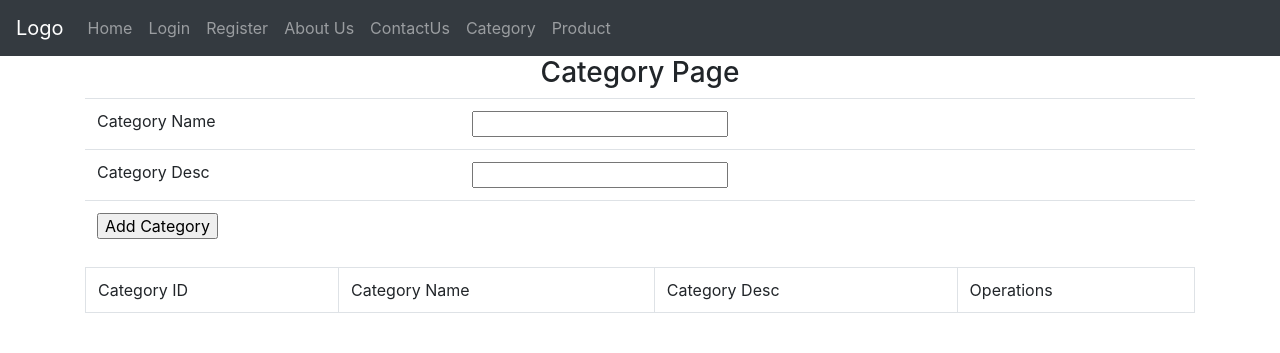
Repository: ramizkhan037/Java-Project
Page: http://localhost/Frontend/WEB-INF/views/Category.jsp
An editor plug-in stored every save of this project. The page is shown before and after the next save, followed by the edit.
The browser window is 1280 px wide. The pictures show the whole page.
The page is served by Tomcat 9. Nobody is signed in. Other server files are loaded and not shown. The template is opened directly, without the code that normally fills it, so the values that code supplies are empty.

Above is the page before, as saved 2018-12-03 07:37:42.

### Frontend/src/main/webapp/WEB-INF/views/Category.jsp
<%@include file="Header.jsp" %>

<%@taglib uri="http://java.sun.com/jsp/jstl/core" prefix="c" %>

<div class="container">
<h3 align="center">Category Page</h3>

<form action="<c:url value="/addCategory"/>" method="post" >

<table align="center"  class="table table=bordered">
	<tr>
		<td>Category Name </td>
		<td><input type="text" id="categoryName" name="categoryName"value="${category.categoryName}"/></td>
	</tr>
	<tr>
		<td>Category Desc </td>
		<td><input type="text" id="categoryDesc" name="categoryDesc"value="${category.categoryDesc}"/></td>
	</tr>
	<tr>
		<td colspan="2"><input type="submit" value="Add Category"/></td>
	</tr>
</table>
</form>


<table align="center" align="center" class="table table-bordered">
	<tr>
		<td>Category ID</td>
		<td>Category Name</td>
		<td>Category Desc</td>
		<td>Operations</td>
	</tr>
	<c:forEach items="${listCategories}" var="category">
	<tr>
		<td>${category.categoryId}</td>
		<td>${category.categoryName}</td>
		<td>${category.categoryDesc}</td>
		<td>
			<a class="btn  btn-success" href="<c:url value="/editCategory/${category.categoryId}"/>">Edit</a>
			<a class="btn  btn-danger" href="<c:url value="/deleteCategory/${category.categoryId}"/>">Delete</a>
		</td>
	</tr>
	</c:forEach>
</table>
</div>

</body>
</html>

### Frontend/src/main/webapp/WEB-INF/views/Header.jsp
<%@ page language="java" contentType="text/html"%>


<head>
<title> Amazon Navbar Example</title>
<meta name="viewport" content="width=device-width, initial-scale=1">
  <link rel="stylesheet" href="https://maxcdn.bootstrapcdn.com/bootstrap/4.1.3/css/bootstrap.min.css">
  <script src="https://ajax.googleapis.com/ajax/libs/jquery/3.3.1/jquery.min.js"></script>
  <script src="https://cdnjs.cloudflare.com/ajax/libs/popper.js/1.14.3/umd/popper.min.js"></script>
  <script src="https://maxcdn.bootstrapcdn.com/bootstrap/4.1.3/js/bootstrap.min.js"></script>

</head>
<body>

<nav class="navbar navbar-expand-sm bg-dark navbar-dark">
  <!-- Brand/logo -->
  <a class="navbar-brand" href="#">Logo</a>

 <!-- Toggler/collapsibe Button -->
  <button class="navbar-toggler" type="button" data-toggle="collapse" data-target="#collapsibleNavbar">
    <span class="navbar-toggler-icon"></span>
  </button>

  <div class="collapse navbar-collapse" id="collapsibleNavbar">
  <!-- Links -->
  <ul class="navbar-nav">
    <li class="nav-item">

      <a class="nav-link" href="#">
	<font color="white"><span class="glyphicon glyphicon-home"></span></font>Home</a>
    </li>
    <li class="nav-item">
      <a class="nav-link" href="login">Login</a>
    </li>
    <li class="nav-item">
      <a class="nav-link" href="register">Register</a>
    </li>
    <li class="nav-item">
      <a class="nav-link" href="aboutus">About Us</a>
    </li>
    <li class="nav-item">
      <a class="nav-link" href="contactus">ContactUs</a>
    </li>
    <li class="nav-item">
      <a class="nav-link" href="category">Category</a>
    </li>
     <li class="nav-item">
      <a class="nav-link" href="product">Product</a>
    </li>
  </ul>
  </div>

</nav>

After the next save:
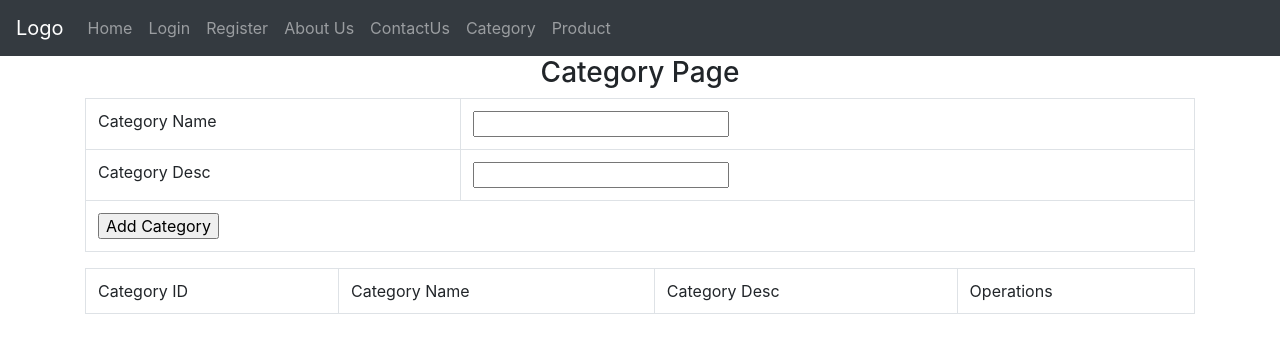
Saved 108 s later.
--- a/Frontend/src/main/webapp/WEB-INF/views/Category.jsp
+++ b/Frontend/src/main/webapp/WEB-INF/views/Category.jsp
@@ -7,7 +7,7 @@
 
 <form action="<c:url value="/addCategory"/>" method="post" >
 
-<table align="center"  class="table table=bordered">
+<table align="center"  class="table table-bordered">
 	<tr>
 		<td>Category Name </td>
 		<td><input type="text" id="categoryName" name="categoryName"value="${category.categoryName}"/></td>
